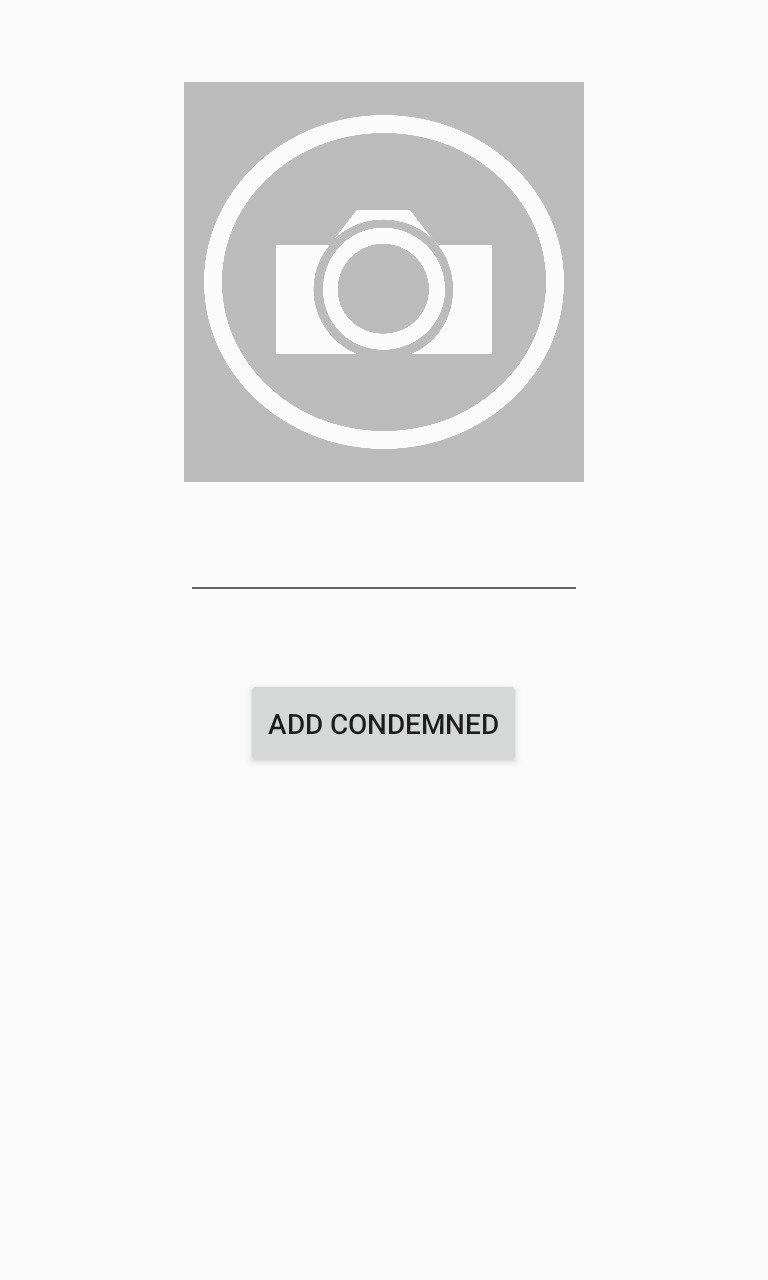
Repository: Sjaakja/hangman_app_studio
Layout: workspace/Hangman-TimeToSaveYourFriends/res/layout/fragment_my_condemned.xml
An editor plug-in stored every save of this project. The layout is shown before and after the next save, followed by the edit.
It is drawn on a 768 x 1280 px phone screen (xhdpi) without system bars, with theme AppTheme; the app's code is not run.

Above is the layout before, as saved 2014-06-11 10:01:34.

After the next save:
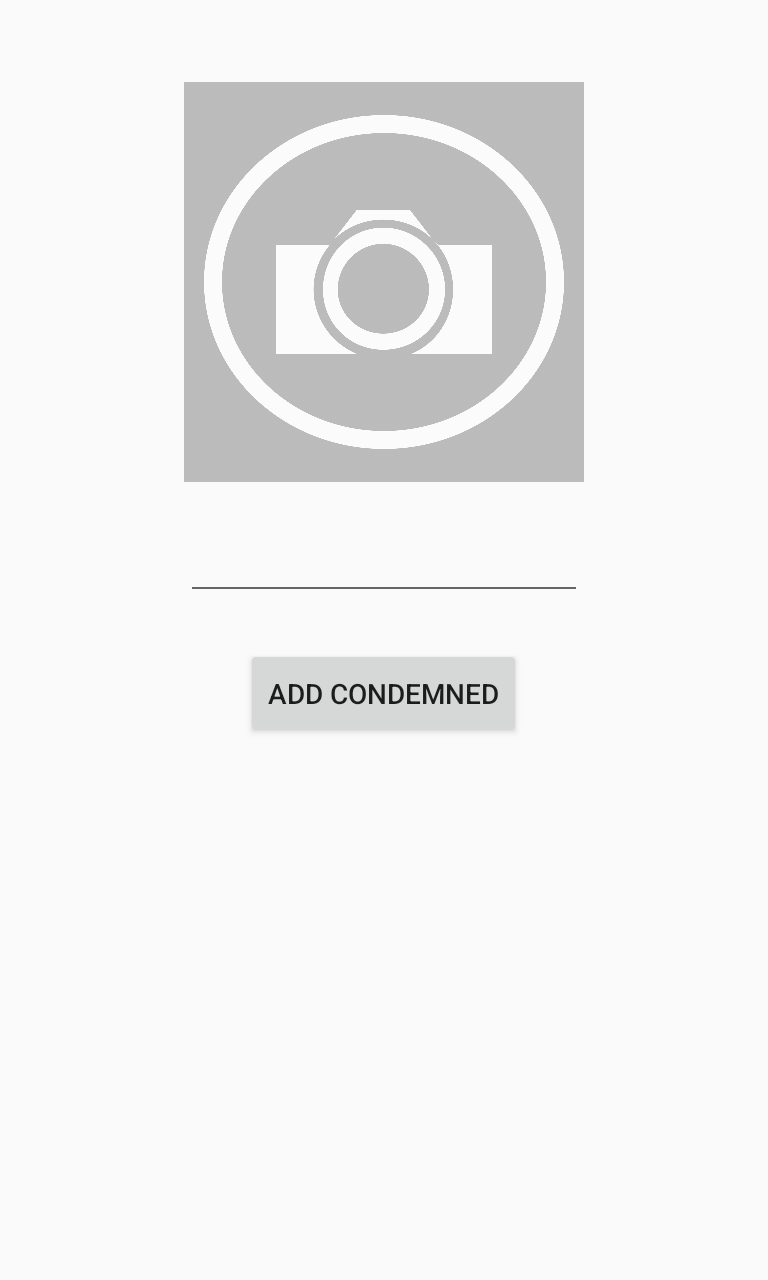
Saved 12 s later.
--- a/workspace/Hangman-TimeToSaveYourFriends/res/layout/fragment_my_condemned.xml
+++ b/workspace/Hangman-TimeToSaveYourFriends/res/layout/fragment_my_condemned.xml
@@ -32,7 +32,7 @@
         android:layout_height="wrap_content"
         android:layout_below="@+id/editText1"
         android:layout_centerHorizontal="true"
-        android:layout_marginTop="35dp"
+        android:layout_marginTop="20dp"
         android:text="@string/add_condemned" />
 
 </RelativeLayout>
